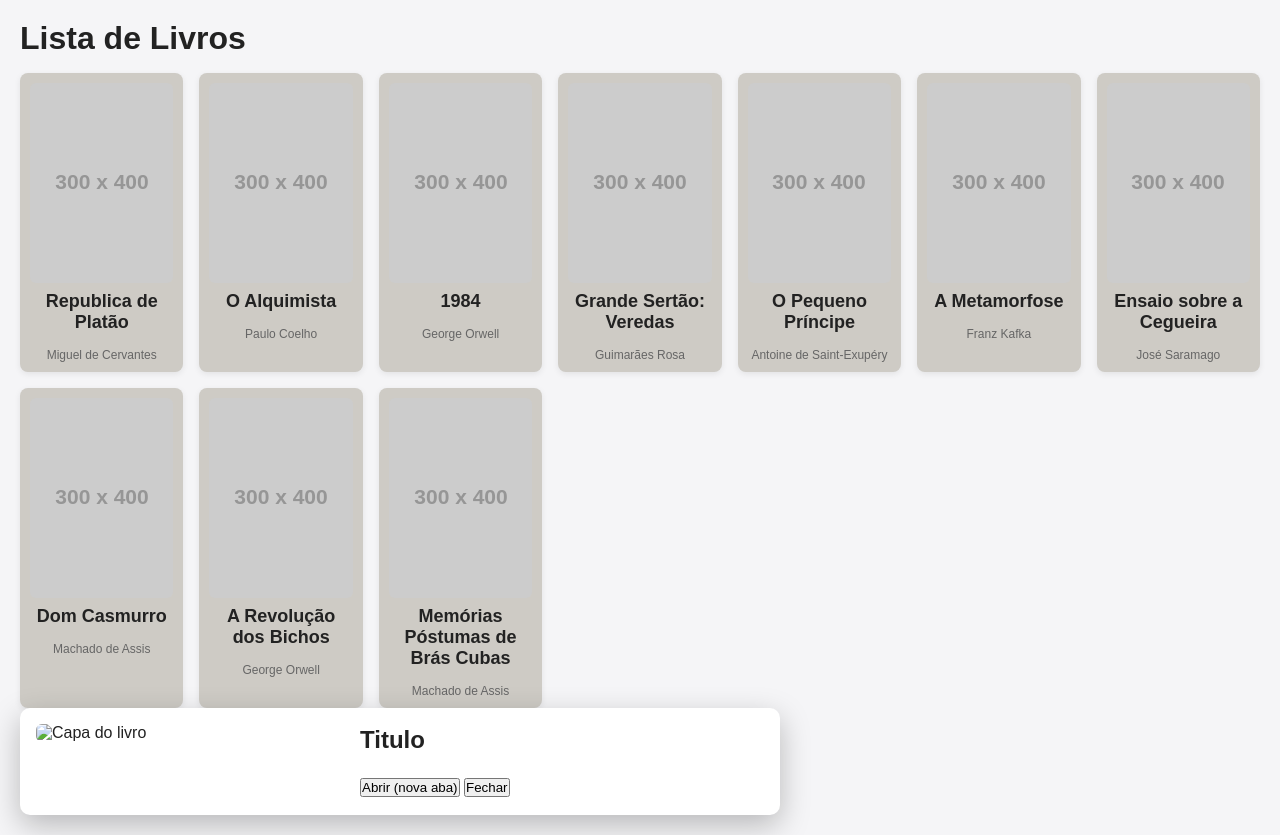
Repository: cleytonds/Biblioteca
Page: templates/lista_livros.HTML
The author's editor kept a copy of each file at every save. The page is drawn from the files as they stood at one save, then again after the next save.
The browser window is 1280 px wide. The pictures show the whole page.

Above is the page before, as saved 2025-11-15 17:20:31.

### templates/lista_livros.HTML
<!DOCTYPE html>
<html lang="en">
<head>
    <meta charset="UTF-8">
    <meta name="viewport" content="width=device-width, initial-scale=1.0">
    <link rel="stylesheet" href="/Static/lista_de_livros.css">
    <link rel="stylesheet" href="/Static/modal.js">
    <title>Document</title>
</head>
<body>
    <h1>Lista de Livros</h1>

    <div class="books-grid" id="booksGrid">
    <!-- Cada .book tem data-attributes com infos que o JS usa -->
        <div class="book" data-title="Republica de Platão" data-author="Miguel de Cervantes" data-desc="Clássico da literatura espanhola. Acompanhe as aventuras de Dom Quixote e Sancho Pança." data-img="https://via.placeholder.com/300x400?text=Dom+Quixote" docs="file:///C:/Users/cleyton/Desktop/livros/Plat%C3%A3o.pdf">
        <img src="https://via.placeholder.com/300x400?text=Dom+Quixote" alt="Capa Dom Quixote">
        <div class="title">Republica de Platão</div>
        <div class="author">Miguel de Cervantes</div>
        </div>

        <div class="book" data-title="O Alquimista" data-author="Paulo Coelho" data-desc="Romance sobre a busca dos sonhos e do sentido da vida." data-img="https://via.placeholder.com/300x400?text=O+Alquimista" data-link="https://pt.wikipedia.org/wiki/O_Alquimista">
        <img src="https://via.placeholder.com/300x400?text=O+Alquimista" alt="Capa O Alquimista">
        <div class="title">O Alquimista</div>
        <div class="author">Paulo Coelho</div>
        </div>

        <div class="book" data-title="1984" data-author="George Orwell" data-desc="Distopia clássica que fala sobre vigilância, propaganda e totalitarismo." data-img="https://via.placeholder.com/300x400?text=1984" data-link="https://pt.wikipedia.org/wiki/1984_(romance)">
        <img src="https://via.placeholder.com/300x400?text=1984" alt="Capa 1984">
        <div class="title">1984</div>
        <div class="author">George Orwell</div>
        </div>

        <div class="book" data-title="Grande Sertão: Veredas" data-author="Guimarães Rosa" data-desc="Romance modernista brasileiro, com linguagem única e profunda." data-img="https://via.placeholder.com/300x400?text=Grande+Sert%C3%A3o" data-link="https://pt.wikipedia.org/wiki/Grande_Sert%C3%A3o:_Veredas">
        <img src="https://via.placeholder.com/300x400?text=Grande+Sert%C3%A3o" alt="Capa Grande Sertão">
        <div class="title">Grande Sertão: Veredas</div>
        <div class="author">Guimarães Rosa</div>
        </div>

        <div class="book" data-title="O Pequeno Príncipe" data-author="Antoine de Saint-Exupéry" data-desc="Fábula poética sobre amizade, amor e ver o essencial." data-img="https://via.placeholder.com/300x400?text=O+Pequeno+Pr%C3%ADncipe" data-link="https://pt.wikipedia.org/wiki/O_Pequeno_Pr%C3%ADncipe">
        <img src="https://via.placeholder.com/300x400?text=O+Pequeno+Pr%C3%ADncipe" alt="Capa O Pequeno Príncipe">
        <div class="title">O Pequeno Príncipe</div>
        <div class="author">Antoine de Saint-Exupéry</div>
        </div>

        <div class="book" data-title="A Metamorfose" data-author="Franz Kafka" data-desc="Conto sobre transformação e alienação humana." data-img="https://via.placeholder.com/300x400?text=A+Metamorfose" data-link="https://pt.wikipedia.org/wiki/A_Metamorfose">
        <img src="https://via.placeholder.com/300x400?text=A+Metamorfose" alt="Capa A Metamorfose">
        <div class="title">A Metamorfose</div>
        <div class="author">Franz Kafka</div>
        </div>

        <div class="book" data-title="Ensaio sobre a Cegueira" data-author="José Saramago" data-desc="Romance alegórico que mostra a fragilidade da sociedade." data-img="https://via.placeholder.com/300x400?text=Ensaio+sobre+a+Cegueira" data-link="https://pt.wikipedia.org/wiki/Ensaio_sobre_a_cegueira">
        <img src="https://via.placeholder.com/300x400?text=Ensaio+sobre+a+Cegueira" alt="Capa Ensaio sobre a Cegueira">
        <div class="title">Ensaio sobre a Cegueira</div>
        <div class="author">José Saramago</div>
        </div>

        <div class="book" data-title="Dom Casmurro" data-author="Machado de Assis" data-desc="Clássico brasileiro que explora ciúme e dúvida." data-img="https://via.placeholder.com/300x400?text=Dom+Casmurro" data-link="https://pt.wikipedia.org/wiki/Dom_Casmurro">
        <img src="https://via.placeholder.com/300x400?text=Dom+Casmurro" alt="Capa Dom Casmurro">
        <div class="title">Dom Casmurro</div>
        <div class="author">Machado de Assis</div>
        </div>

        <div class="book" data-title="A Revolução dos Bichos" data-author="George Orwell" data-desc="Fábula política que critica regimes totalitários." data-img="https://via.placeholder.com/300x400?text=A+Revolu%C3%A7%C3%A3o+dos+Bichos" data-link="https://pt.wikipedia.org/wiki/A_Revolu%C3%A7%C3%A3o_dos_Bichos">
        <img src="https://via.placeholder.com/300x400?text=A+Revolu%C3%A7%C3%A3o+dos+Bichos" alt="Capa A Revolução dos Bichos">
        <div class="title">A Revolução dos Bichos</div>
        <div class="author">George Orwell</div>
        </div>

        <div class="book" data-title="Memórias Póstumas de Brás Cubas" data-author="Machado de Assis" data-desc="Romance com narrador defunto e ironia refinada." data-img="https://via.placeholder.com/300x400?text=Mem%C3%B3rias+P%C3%B3stumas" data-link="https://pt.wikipedia.org/wiki/Mem%C3%B3rias_p%C3%B3stumas_de_Br%C3%A1s_Cubas">
        <img src="https://via.placeholder.com/300x400?text=Mem%C3%B3rias+P%C3%B3stumas" alt="Capa Memórias Póstumas">
        <div class="title">Memórias Póstumas de Brás Cubas</div>
        <div class="author">Machado de Assis</div>
        </div>

    </div>
    <!-- Modal (invisivel por padrão)-->
     <div class="Modal-backdrop" id="Modal-backdrop" aria-hidden="true">
        <div class="modal" role="dialog" aria-modal="true" aria-labelledby="modalTitle">
            <div class="modal-left">
                <img id="modalImg" src="" alt="Capa do livro">
            </div>
            <div class="modal-right">
                <h2 id="modal-right">Titulo</h2>
                <div id="modalAuthor" style="color:#666; font-size:14px;"></div>
                <p id="modaldesc"></p>
                <div class="actioms">
                    <button class="btn btn-primary" id="openLink">Abrir (nova aba)</button>
                    <button class="btn btn-close" id="closeModal">Fechar</button>
                </div>
            </div>
        </div>
     </div>
</body>
</html>

### Static/lista_de_livros.css
/*reset simples*/
*{
    box-sizing:border-box;
    margin: 0;
    padding: 0;
    font-family: Arial, sans-serif;
}
body{
    padding: 20px;
    background: #f5f5f7;
    color: #222;
    display: flex;
    flex-direction:column;
    justify-content: center;
    min-width: 100vh;
}

h1{
    margin-bottom: 16px;

}
/*grid dos livros*/
.books-grid{
    display: grid;
    grid-template-columns: repeat(auto-fill, minmax(160px,1fr));
    gap: 16px;


}
.book {
    background: rgb(206, 203, 197);
    border-radius: 8px;
    padding: 10px;
    box-shadow: 0 2px 6px rgba(0,0,0,0.08);
    cursor: pointer;
    display: flex;
    flex-direction: column;
    align-items: center;
    text-align: center;
    transition: transform .12s ease, box-shadow .12s;

}
.book:hover{
    transform: translateY(-4pc);
    box-shadow: 0 6px 18px rgba(0,0,0,0.15);
}
.book img{
    width: 100%;
    height: 200px;
    object-fit: cover;
    border-radius: 6px;
    margin-bottom: 8px;

}
.book .title {
    font-weight:700 ;
    font-size: 18px;
    margin-bottom: 15px;

}
.book .author {
    font-size: 12px; color: #666;

}
/* modal*/
.modal-backdrop {
    position: fixed;
    inset: 0;
    background: rgba(0,0,0,0.45);
    display: none;
    align-items: center;
    justify-content: center;
    padding: 20px;
}
.modal {
    width: 100%;
    max-width: 760px;
    background: #fff;
    border-radius: 10px;
    overflow: hidden;
    display: flex;
    gap: 18px;
    box-shadow: 0 10px 30px rgba(0,0,0,0.25);
}
.modal-left {width: 40%; min-width: 200px; padding: 16px;}
.modal-left img { width: 100%; height: auto; border-radius: 6px; display: block;}
.modal-right { padding: 18px; flex: 1; display: flex; flex-direction: column; gap: 8px;}
.modal h2 { margin-top: 0;}
.modal p { color: #333; line-height: 1.4;}
.modal .actions {margin-top: auto; display: flex; gap: 8px; }
.bnt {
    padding: 8px 12px;
    border-radius: 6px;
    border: none;
    cursor: pointer;
    font-weight: 600;
}
.bnt-primary { background: #2563eb; color: rgb(218, 204, 179);}
.bnt-close { background: #eee; color: #222;}

@media (max-width:640px){
    .modal { flex-direction: column;}
    .modal-left { width: 100%;}
}

### Static/modal.js
//Lógica: pegar todos os elementos .book e abrir modal com os dara-attributes

    const books = document.querySelectorAll('.book');
    const modalBackdrop = document.getElementById('modalBackdrop');
    const modalTitle = document.getElementById('modalTitle');
    const modalAuthor = document.getElementById('modalAuthor');
    const modalDesc = document.getElementById('modalDesc');
    const modalImg = document.getElementById('modalImg');
    const openLinkBtn = document.getElementById('openLink');
    const closeModalBtn = document.getElementById('closeModal');

    let currentLink = '#';

    books.forEach(book => {
      book.addEventListener('click', () => {
        const title = book.dataset.title;
        const author = book.dataset.author;
        const desc = book.dataset.desc;
        const img = book.dataset.img;
        const link = book.dataset.link;

        modalTitle.textContent = title;
        modalAuthor.textContent = author;
        modalDesc.textContent = desc;
        modalImg.src = img;
        modalImg.alt = 'Capa ' + title;
        currentLink = link || '#';

        modalBackdrop.style.display = 'flex';
        modalBackdrop.setAttribute('aria-hidden','false');
      });
    });

    // abrir link em nova aba
    openLinkBtn.addEventListener('click', () => {
      if (currentLink && currentLink !== '#') {
        window.open(currentLink, '_blank');
      } else {
        alert('Nenhum link configurado para este livro.');
      }
    });

    // fechar modal
    closeModalBtn.addEventListener('click', closeModal);
    modalBackdrop.addEventListener('click', (e) => {
      if (e.target === modalBackdrop) closeModal();
    });
    document.addEventListener('keydown', (e) => {
      if (e.key === 'Escape') closeModal();
    });

    function closeModal() {
      modalBackdrop.style.display = 'none';
      modalBackdrop.setAttribute('aria-hidden','true');
    }

After the next save:
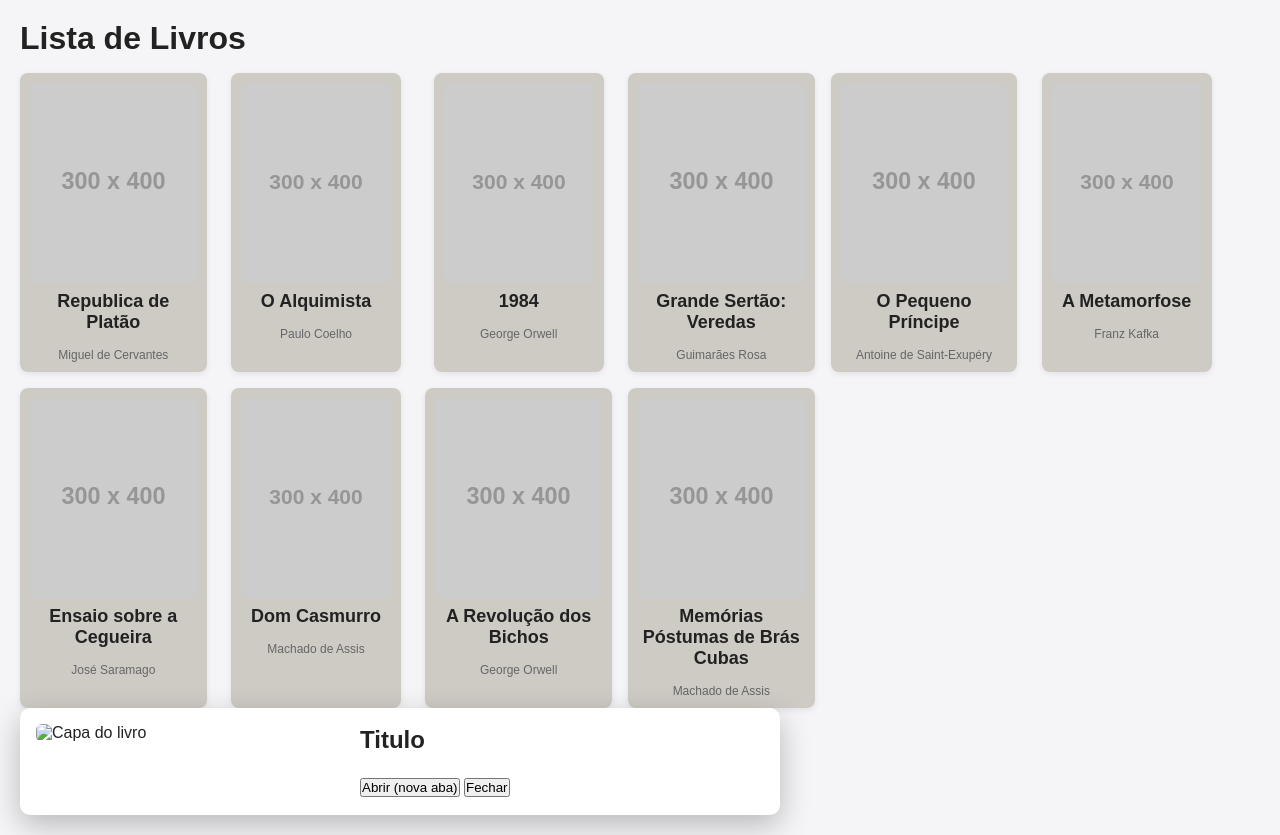
Saved 73 s later.
--- a/Static/lista_de_livros.css
+++ b/Static/lista_de_livros.css
@@ -25,6 +25,11 @@
     grid-template-columns: repeat(auto-fill, minmax(160px,1fr));
     gap: 16px;
 
+    /*centralização*/
+    justify-content: center;
+    justify-items: center;
+    width: 100%;
+    max-width: 1200px;
 
 }
 .book {
